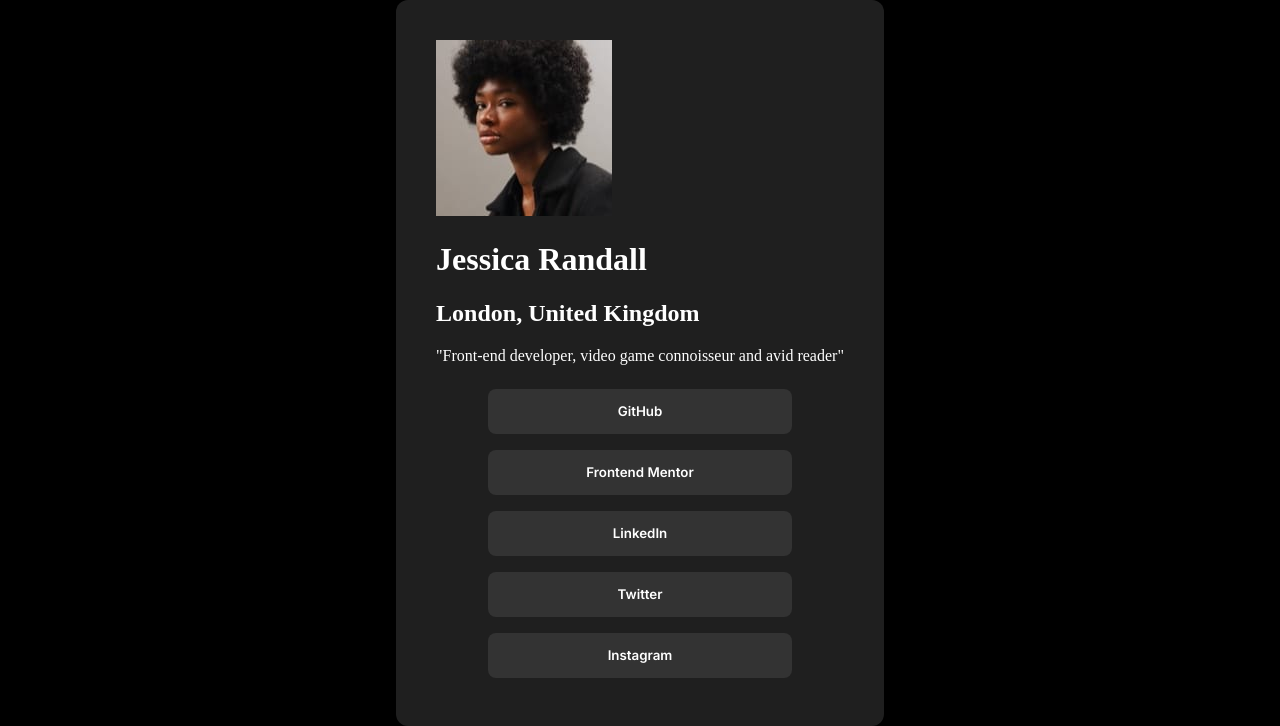
Repository: brandontaylor1/social-links-profile
Page: index.html
These files come from the project's save history. The page is drawn as it stood at one moment and after a run of saves; the edit follows.
The browser window is 1280 px wide. The pictures show the whole page.

Above is the page before, as saved 2024-12-25 17:09:51.

### index.html
<!DOCTYPE html>
<html lang="en">
<head>
    <meta charset="UTF-8">
    <meta name="viewport" content="width=device-width, initial-scale=1.0">
    <link rel="preconnect" href="https://fonts.googleapis.com">
    <link rel="preconnect" href="https://fonts.gstatic.com" crossorigin>
    <link href="https://fonts.googleapis.com/css2?family=Inter:ital,opsz,wght@0,14..32,100..900;1,14..32,100..900&display=swap" rel="stylesheet">
    <link rel="stylesheet" href="styles.css">
    <title>Social Links Profile</title>
</head>
<body>
    <main class="container">
        <div class="profile-content">
            <div class="img-container">
                <img src="./images/avatar-jessica.jpeg" alt="profile-pic">
            </div>
            <div class="profile-text">
                <h1>Jessica Randall</h1>
                <h2>London, United Kingdom</h2>
            </div>
            <p>"Front-end developer, video game connoisseur and avid reader"</p>
        </div>
        <div class="social-link-button-container">
            <button class="social-link-button"><a href="#">GitHub</a></button>
            <button class="social-link-button"><a href="#">Frontend Mentor</a></button>
            <button class="social-link-button"><a href="#">LinkedIn</a></button>
            <button class="social-link-button"><a href="#">Twitter</a></button>
            <button class="social-link-button"><a href="#">Instagram</a></button>
        </div>
    </main>

    <script src="index.js"></script>
</body>
</html>

### styles.css
:root {
    --gray-900: #141414;
    --gray-800: #1F1F1F;
    --gray-700: #333333;

    --color-white: #FFFFFF;
    --color-black: #000000;

    --color-green: #C4F82A;

}

body {
    box-sizing: border-box;
    margin: 0;
    padding: 0;
    background-color: black;
    display: flex;
    justify-content: center;
    align-items: center;
    background-color: var(--color-black);
}

.container {
    background-color: var(--gray-800);
    color: var(--color-white);
    display: flex;
    flex-direction: column;
    justify-content: center;
    align-items: center;
    border-radius: 12px;
    padding: 40px;
}


.social-link-button-container {
    display: flex;
    flex-direction: column;
    justify-content: center;
    align-items: center;

}

.social-link-button {
    width: 304px;
    height: 45px;
    background-color: var(--gray-700);
    border: none;
    border-radius: 8px;
    margin: 8px;
    font-family: "Inter", sans-serif;
    font-weight: 600;
}

.social-link-button:hover {
    background-color: var(--color-green);
    color: var(--color-black);
}

a {
    text-decoration: none;
    color: var(--color-white);
}

a:hover {
    color: var(--color-black);
}

Loaded but not shown: index.js (no stored copy; drawn as an empty file)

After the next 2 saves:
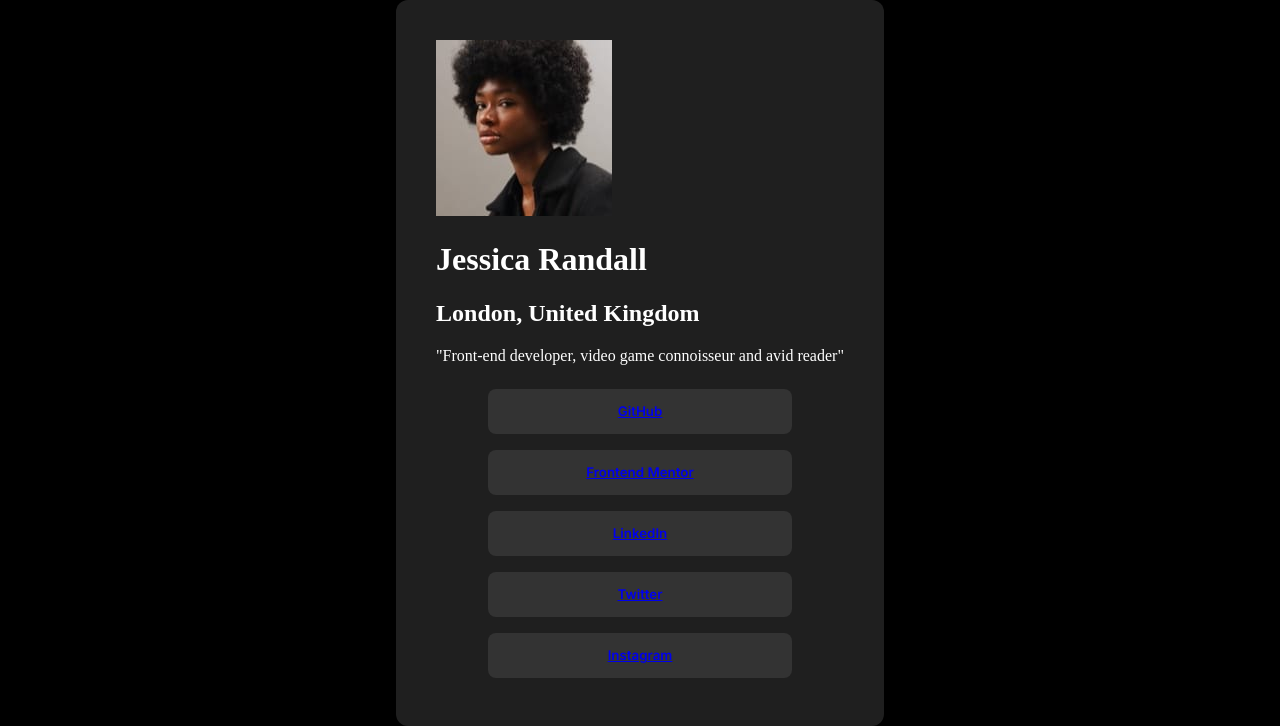
The 2 saves are shown as one change because they came seconds apart.
The last was saved 45 s later.
--- a/styles.css
+++ b/styles.css
@@ -57,11 +57,13 @@ body {
     color: var(--color-black);
 }
 
-a {
+
+
+/* a {
     text-decoration: none;
     color: var(--color-white);
 }
 
 a:hover {
     color: var(--color-black);
-}
+} */
